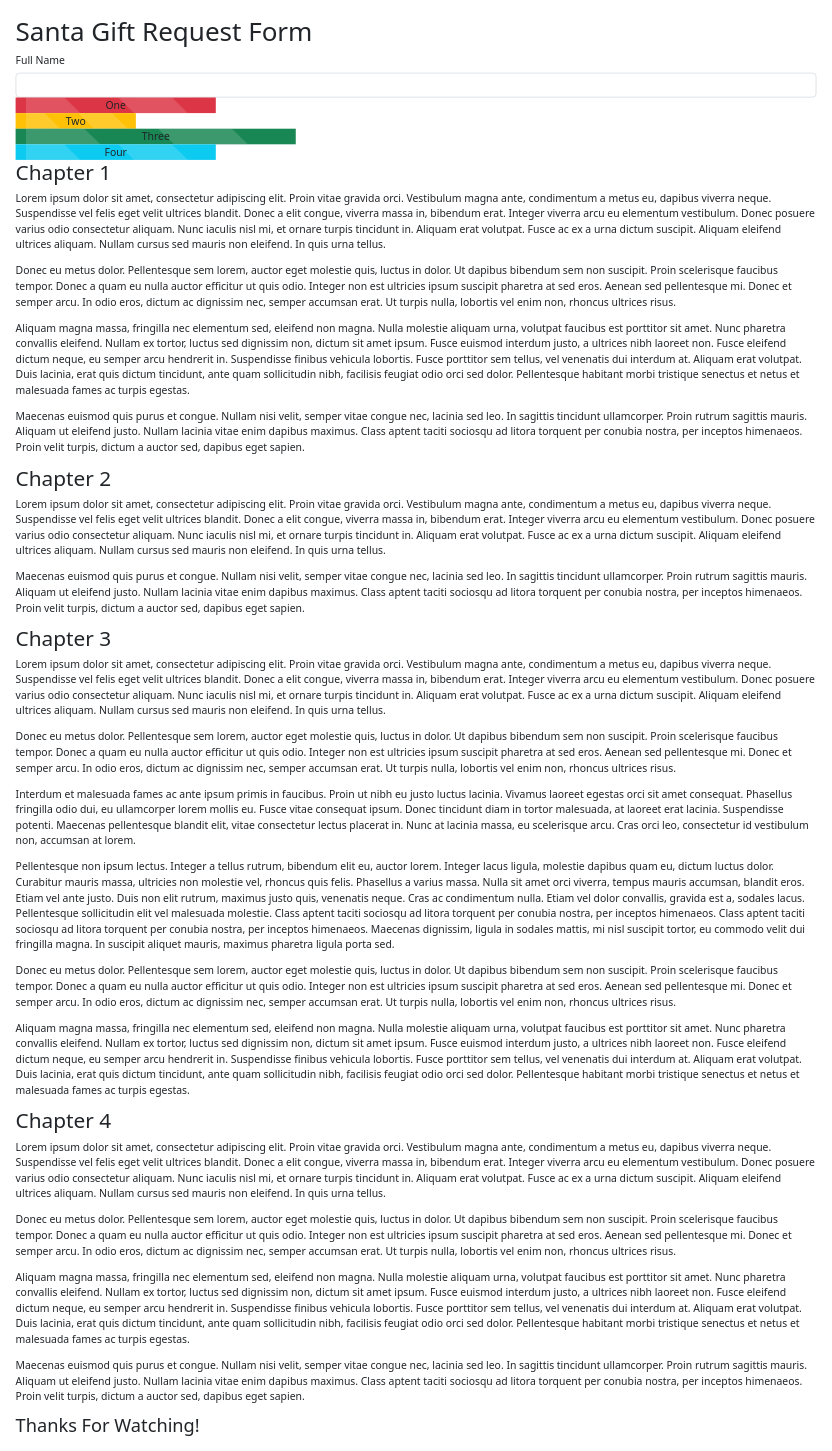
Repository: sarahlochhead/check-santas-list
Page: index.html
An editor plug-in stored every save of this project. The page is shown before and after the next save, followed by the edit.
The browser window is 1280 px wide. The pictures show the whole page, at 65% of full size.

Above is the page before, as saved 2022-11-25 21:29:06.

### index.html
<!DOCTYPE html>
<html lang="en">
<head>
    <meta charset="utf-8">
    <meta name="viewport" content="width=device-width, initial-scale=1, shrink-to-fit=no">
    <title>Progress Bar | Bootstrap</title>
    <!-- The purpose of progress bars is to show something is loading, in progress, or action taking place with elements on the page. -->
    <!-- STEP 1: Link to Bootstrap CSS -->
    <link href="https://cdn.jsdelivr.net/npm/bootstrap@5.2.3/dist/css/bootstrap.min.css"  rel="stylesheet" integrity="sha384-rbsA2VBKQhggwzxH7pPCaAqO46MgnOM80zW1RWuH61DGLwZJEdK2Kadq2F9CUG65" crossorigin="anonymous">
</head>
<body class="m-4">
    <!-- STEP 3: Review the HTML for the page -->
    <main>
        <h1>Santa Gift Request Form</h1>

        <form>
            <label for="fullName" class="form-label">Full Name</label>
            <input type="text" class="form-control" id="fullName" />

            <label for="giftRe


        </form>
        <!-- STEP 4: Create a div and add .progress and some top and bottom margin -->
        <div class="progress mt-4 mb-4 sticky-top" style="height: 10px;">
            <!-- STEP 5: Create another div .progress-bar. Add the appropriate roles and aria attributes (b/c this is not the HTML5 semantic element <progress>)-->
            <div class="progress-bar bg-danger progress-bar-striped progress-bar-animated" role="progressbar" aria-label="Long Read Progress Bar" style="width:25%" aria-valuenow="25" aria-valuemin="0" aria-valuemax="100">One</div>
            <!-- STEP 6: Change the value of width property to 50% percentage and see what happens Note: The aria-valuenow should also be changed -->
            <!-- STEP 7: Add a label to the progress-bar adding text in the div -->
            <!-- STEP 8: Add a bootstrap background color to the progress-bar (bg-success bg-info bg-warning) -->
            <!-- STEP 9: Try adding a bootstrap class of .progress-bar-striped and .progress-bar-animated to the .progress-bar -->
            <!-- STEP 10: Create three more inner divs .progress bar and change the color and width. (copy/paste) -->
            <div class="progress-bar bg-warning progress-bar-striped progress-bar-animated" role="progressbar" aria-label="Long Read Progress Bar" style="width:15%" aria-valuenow="15" aria-valuemin="0" aria-valuemax="100">Two</div>
            <div class="progress-bar bg-success progress-bar-striped progress-bar-animated" role="progressbar" aria-label="Long Read Progress Bar" style="width:35%" aria-valuenow="35" aria-valuemin="0" aria-valuemax="100">Three</div>
            <div class="progress-bar bg-info progress-bar-striped progress-bar-animated" role="progressbar" aria-label="Long Read Progress Bar" style="width:25%" aria-valuenow="25" aria-valuemin="0" aria-valuemax="100">Four</div>
            <!-- STEP 11: Set a height on the div.progress -->
            <!-- STEP 12: give the the div.progress a position class .sticky-top -->
        </div> <!-- .progress -->
        <section id="chapter1">
            <h2>Chapter 1</h2>
            <p>
                Lorem ipsum dolor sit amet, consectetur adipiscing elit. Proin vitae gravida orci. Vestibulum magna
                ante, condimentum a metus eu, dapibus viverra neque. Suspendisse vel felis eget velit ultrices blandit.
                Donec a elit congue, viverra massa in, bibendum erat. Integer viverra arcu eu elementum vestibulum.
                Donec posuere varius odio consectetur aliquam. Nunc iaculis nisl mi, et ornare turpis tincidunt in.
                Aliquam erat volutpat. Fusce ac ex a urna dictum suscipit. Aliquam eleifend ultrices aliquam. Nullam
                cursus sed mauris non eleifend. In quis urna tellus.
            </p>
            <p>
                Donec eu metus dolor. Pellentesque sem lorem, auctor eget molestie quis, luctus in dolor. Ut dapibus
                bibendum sem non suscipit. Proin scelerisque faucibus tempor. Donec a quam eu nulla auctor efficitur ut
                quis odio. Integer non est ultricies ipsum suscipit pharetra at sed eros. Aenean sed pellentesque mi.
                Donec et semper arcu. In odio eros, dictum ac dignissim nec, semper accumsan erat. Ut turpis nulla,
                lobortis vel enim non, rhoncus ultrices risus.
            </p>
            <p>
                Aliquam magna massa, fringilla nec elementum sed, eleifend non magna. Nulla molestie aliquam urna,
                volutpat faucibus est porttitor sit amet. Nunc pharetra convallis eleifend. Nullam ex tortor, luctus sed
                dignissim non, dictum sit amet ipsum. Fusce euismod interdum justo, a ultrices nibh laoreet non. Fusce
                eleifend dictum neque, eu semper arcu hendrerit in. Suspendisse finibus vehicula lobortis. Fusce
                porttitor sem tellus, vel venenatis dui interdum at. Aliquam erat volutpat. Duis lacinia, erat quis
                dictum tincidunt, ante quam sollicitudin nibh, facilisis feugiat odio orci sed dolor. Pellentesque
                habitant morbi tristique senectus et netus et malesuada fames ac turpis egestas.
            </p>
            <p>
                Maecenas euismod quis purus et congue. Nullam nisi velit, semper vitae congue nec, lacinia sed leo. In
                sagittis tincidunt ullamcorper. Proin rutrum sagittis mauris. Aliquam ut eleifend justo. Nullam lacinia
                vitae enim dapibus maximus. Class aptent taciti sociosqu ad litora torquent per conubia nostra, per
                inceptos himenaeos. Proin velit turpis, dictum a auctor sed, dapibus eget sapien.
            </p>
        </section>
        <section id="chapter2">
            <h2>Chapter 2</h2>
            <p>
                Lorem ipsum dolor sit amet, consectetur adipiscing elit. Proin vitae gravida orci. Vestibulum magna
                ante, condimentum a metus eu, dapibus viverra neque. Suspendisse vel felis eget velit ultrices blandit.
                Donec a elit congue, viverra massa in, bibendum erat. Integer viverra arcu eu elementum vestibulum.
                Donec posuere varius odio consectetur aliquam. Nunc iaculis nisl mi, et ornare turpis tincidunt in.
                Aliquam erat volutpat. Fusce ac ex a urna dictum suscipit. Aliquam eleifend ultrices aliquam. Nullam
                cursus sed mauris non eleifend. In quis urna tellus.
            </p>
            <p>
                Maecenas euismod quis purus et congue. Nullam nisi velit, semper vitae congue nec, lacinia sed leo. In
                sagittis tincidunt ullamcorper. Proin rutrum sagittis mauris. Aliquam ut eleifend justo. Nullam lacinia
                vitae enim dapibus maximus. Class aptent taciti sociosqu ad litora torquent per conubia nostra, per
                inceptos himenaeos. Proin velit turpis, dictum a auctor sed, dapibus eget sapien.
            </p>
        </section>
        <section id="chapter3">
            <h2>Chapter 3</h2>
            <p>
                Lorem ipsum dolor sit amet, consectetur adipiscing elit. Proin vitae gravida orci. Vestibulum magna
                ante, condimentum a metus eu, dapibus viverra neque. Suspendisse vel felis eget velit ultrices blandit.
                Donec a elit congue, viverra massa in, bibendum erat. Integer viverra arcu eu elementum vestibulum.
                Donec posuere varius odio consectetur aliquam. Nunc iaculis nisl mi, et ornare turpis tincidunt in.
                Aliquam erat volutpat. Fusce ac ex a urna dictum suscipit. Aliquam eleifend ultrices aliquam. Nullam
                cursus sed mauris non eleifend. In quis urna tellus.
            </p>
            <p>
                Donec eu metus dolor. Pellentesque sem lorem, auctor eget molestie quis, luctus in dolor. Ut dapibus
                bibendum sem non suscipit. Proin scelerisque faucibus tempor. Donec a quam eu nulla auctor efficitur ut
                quis odio. Integer non est ultricies ipsum suscipit pharetra at sed eros. Aenean sed pellentesque mi.
                Donec et semper arcu. In odio eros, dictum ac dignissim nec, semper accumsan erat. Ut turpis nulla,
                lobortis vel enim non, rhoncus ultrices risus.
            </p>
            <p>
                Interdum et malesuada fames ac ante ipsum primis in faucibus. Proin ut nibh eu justo luctus lacinia. Vivamus laoreet egestas orci sit amet consequat. Phasellus fringilla odio dui, eu ullamcorper lorem mollis eu. Fusce vitae consequat ipsum. Donec tincidunt diam in tortor malesuada, at laoreet erat lacinia. Suspendisse potenti. Maecenas pellentesque blandit elit, vitae consectetur lectus placerat in. Nunc at lacinia massa, eu scelerisque arcu. Cras orci leo, consectetur id vestibulum non, accumsan at lorem.
            </p>
            <p>
                Pellentesque non ipsum lectus. Integer a tellus rutrum, bibendum elit eu, auctor lorem. Integer lacus ligula, molestie dapibus quam eu, dictum luctus dolor. Curabitur mauris massa, ultricies non molestie vel, rhoncus quis felis. Phasellus a varius massa. Nulla sit amet orci viverra, tempus mauris accumsan, blandit eros. Etiam vel ante justo. Duis non elit rutrum, maximus justo quis, venenatis neque. Cras ac condimentum nulla. Etiam vel dolor convallis, gravida est a, sodales lacus. Pellentesque sollicitudin elit vel malesuada molestie. Class aptent taciti sociosqu ad litora torquent per conubia nostra, per inceptos himenaeos. Class aptent taciti sociosqu ad litora torquent per conubia nostra, per inceptos himenaeos. Maecenas dignissim, ligula in sodales mattis, mi nisl suscipit tortor, eu commodo velit dui fringilla magna. In suscipit aliquet mauris, maximus pharetra ligula porta sed.
            </p>
            <p>
                Donec eu metus dolor. Pellentesque sem lorem, auctor eget molestie quis, luctus in dolor. Ut dapibus
                bibendum sem non suscipit. Proin scelerisque faucibus tempor. Donec a quam eu nulla auctor efficitur ut
                quis odio. Integer non est ultricies ipsum suscipit pharetra at sed eros. Aenean sed pellentesque mi.
                Donec et semper arcu. In odio eros, dictum ac dignissim nec, semper accumsan erat. Ut turpis nulla,
                lobortis vel enim non, rhoncus ultrices risus.
            </p>
            <p>
                Aliquam magna massa, fringilla nec elementum sed, eleifend non magna. Nulla molestie aliquam urna,
                volutpat faucibus est porttitor sit amet. Nunc pharetra convallis eleifend. Nullam ex tortor, luctus sed
                dignissim non, dictum sit amet ipsum. Fusce euismod interdum justo, a ultrices nibh laoreet non. Fusce
                eleifend dictum neque, eu semper arcu hendrerit in. Suspendisse finibus vehicula lobortis. Fusce
                porttitor sem tellus, vel venenatis dui interdum at. Aliquam erat volutpat. Duis lacinia, erat quis
                dictum tincidunt, ante quam sollicitudin nibh, facilisis feugiat odio orci sed dolor. Pellentesque
                habitant morbi tristique senectus et netus et malesuada fames ac turpis egestas.
            </p>
        </section>
        <section id="chapter4">
            <h2>Chapter 4</h2>
            <p>
                Lorem ipsum dolor sit amet, consectetur adipiscing elit. Proin vitae gravida orci. Vestibulum magna
                ante, condimentum a metus eu, dapibus viverra neque. Suspendisse vel felis eget velit ultrices blandit.
                Donec a elit congue, viverra massa in, bibendum erat. Integer viverra arcu eu elementum vestibulum.
                Donec posuere varius odio consectetur aliquam. Nunc iaculis nisl mi, et ornare turpis tincidunt in.
                Aliquam erat volutpat. Fusce ac ex a urna dictum suscipit. Aliquam eleifend ultrices aliquam. Nullam
                cursus sed mauris non eleifend. In quis urna tellus.
            </p>
            <p>
                Donec eu metus dolor. Pellentesque sem lorem, auctor eget molestie quis, luctus in dolor. Ut dapibus
                bibendum sem non suscipit. Proin scelerisque faucibus tempor. Donec a quam eu nulla auctor efficitur ut
                quis odio. Integer non est ultricies ipsum suscipit pharetra at sed eros. Aenean sed pellentesque mi.
                Donec et semper arcu. In odio eros, dictum ac dignissim nec, semper accumsan erat. Ut turpis nulla,
                lobortis vel enim non, rhoncus ultrices risus.
            </p>
            <p>
                Aliquam magna massa, fringilla nec elementum sed, eleifend non magna. Nulla molestie aliquam urna,
                volutpat faucibus est porttitor sit amet. Nunc pharetra convallis eleifend. Nullam ex tortor, luctus sed
                dignissim non, dictum sit amet ipsum. Fusce euismod interdum justo, a ultrices nibh laoreet non. Fusce
                eleifend dictum neque, eu semper arcu hendrerit in. Suspendisse finibus vehicula lobortis. Fusce
                porttitor sem tellus, vel venenatis dui interdum at. Aliquam erat volutpat. Duis lacinia, erat quis
                dictum tincidunt, ante quam sollicitudin nibh, facilisis feugiat odio orci sed dolor. Pellentesque
                habitant morbi tristique senectus et netus et malesuada fames ac turpis egestas.
            </p>
            <p>
                Maecenas euismod quis purus et congue. Nullam nisi velit, semper vitae congue nec, lacinia sed leo. In
                sagittis tincidunt ullamcorper. Proin rutrum sagittis mauris. Aliquam ut eleifend justo. Nullam lacinia
                vitae enim dapibus maximus. Class aptent taciti sociosqu ad litora torquent per conubia nostra, per
                inceptos himenaeos. Proin velit turpis, dictum a auctor sed, dapibus eget sapien.
            </p>
        </section>
        <footer id="end">
            <h3>Thanks For Watching!</h3>
        </footer>
    </main>
    <!-- STEP 2: Link to Bootstrap JS -->
    <script src="https://cdn.jsdelivr.net/npm/bootstrap@5.2.3/dist/js/bootstrap.bundle.min.js"></script>
</body>
</html>

After the next save:
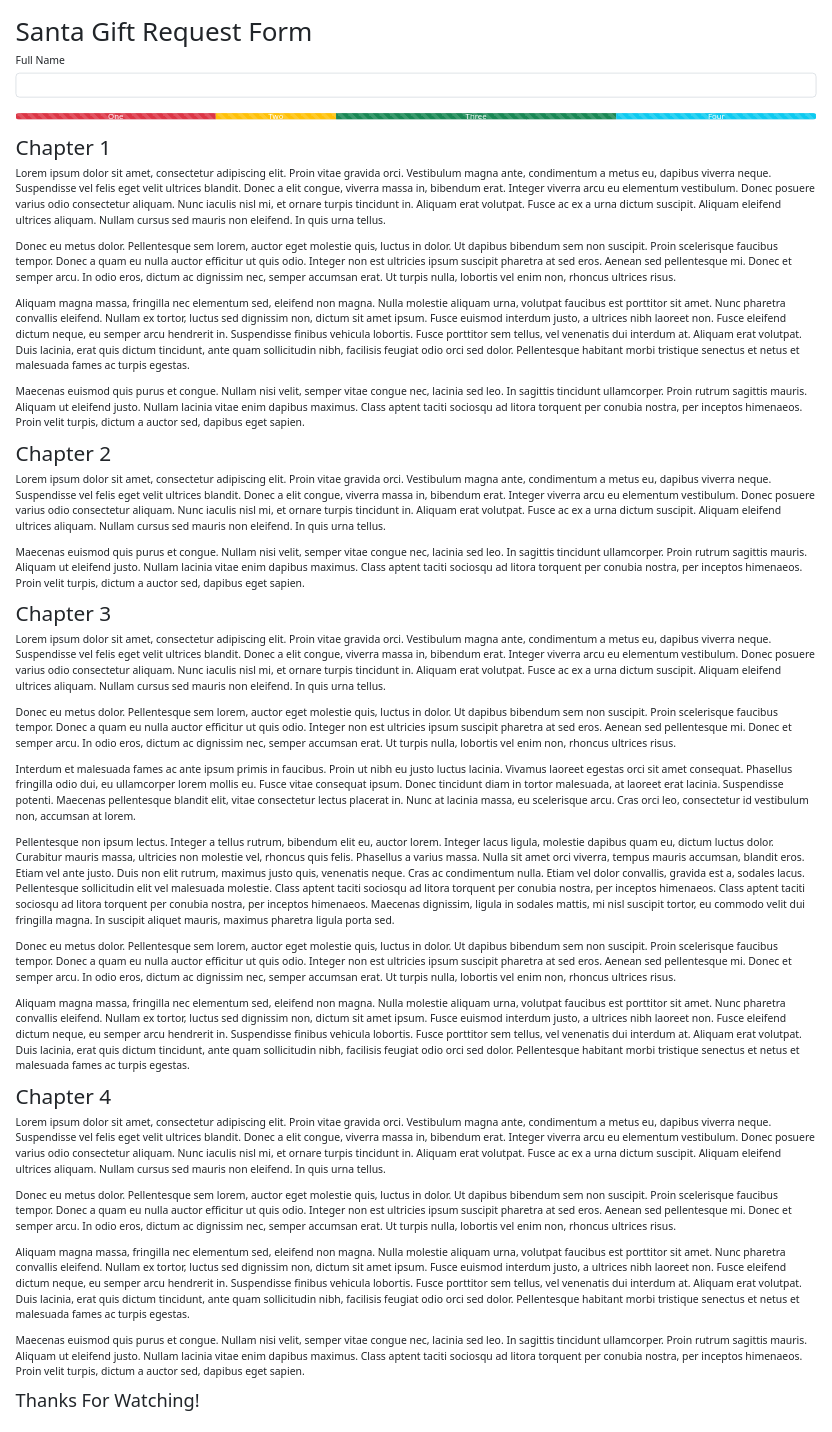
Saved 5 s later.
--- a/index.html
+++ b/index.html
@@ -17,7 +17,7 @@
             <label for="fullName" class="form-label">Full Name</label>
             <input type="text" class="form-control" id="fullName" />
 
-            <label for="giftRe
+            <label for="giftRequest" class
 
 
         </form>
